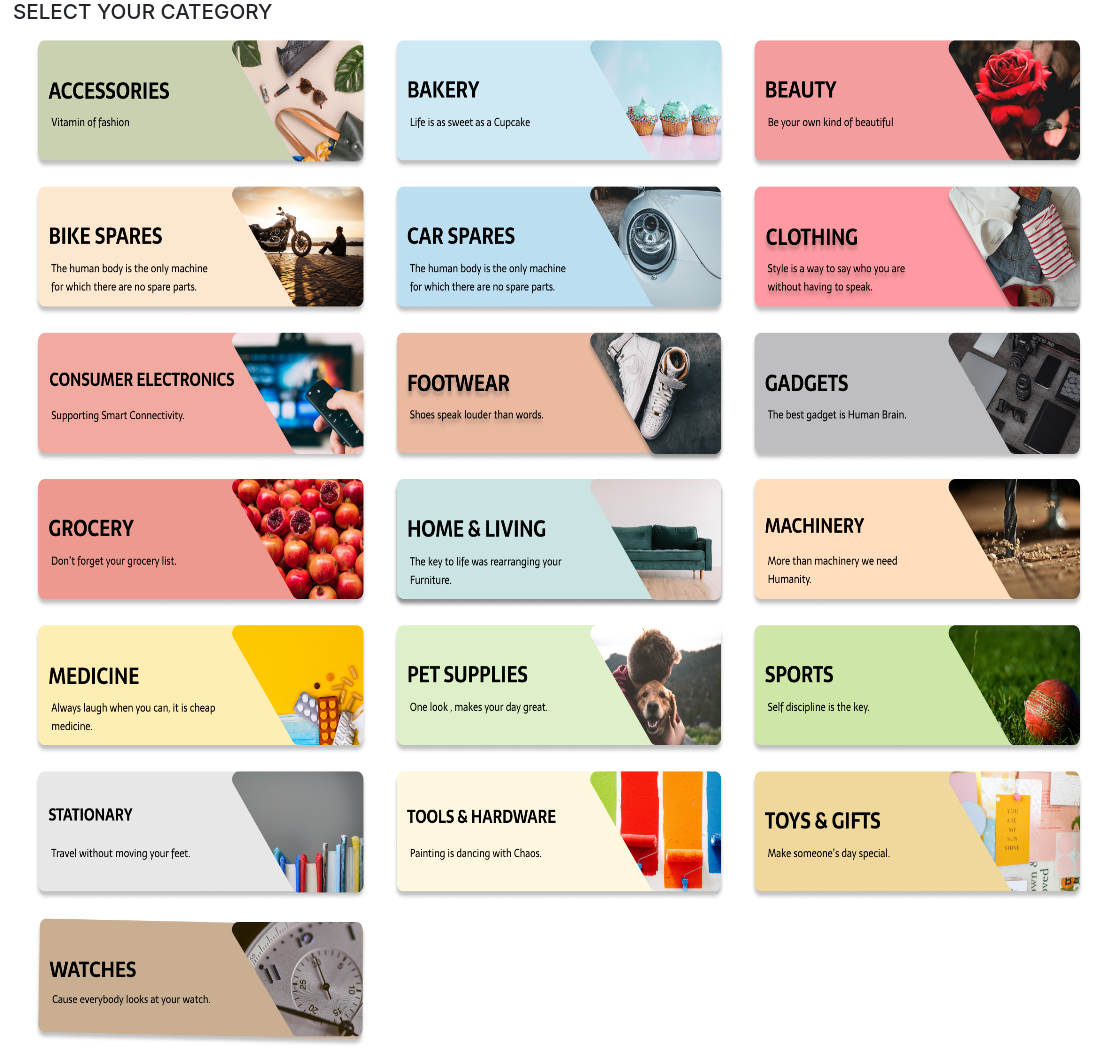
Repository: simranbhurat/WhiteLeaf
Page: frontend/category.html
The author's editor kept a copy of each file at every save. The page is drawn from the files as they stood at one save, then again after the next save.
The browser window is 1280 px wide. The pictures show the whole page, at 86% of full size.
Some web libraries are served in a nearby version.

Above is the page before, as saved 2020-07-24 23:09:15.

### frontend/category.html
<!doctype html>
<html lang="en">

<head>
    <!-- Required meta tags -->
    <meta charset="utf-8">
    <meta name="viewport" content="width=device-width, initial-scale=1">

    <!-- Bootstrap CSS -->
    <link rel="stylesheet" href="https://stackpath.bootstrapcdn.com/bootstrap/4.5.0/css/bootstrap.min.css"
        integrity="sha384-9aIt2nRpC12Uk9gS9baDl411NQApFmC26EwAOH8WgZl5MYYxFfc+NcPb1dKGj7Sk" crossorigin="anonymous">
    <link href="css/styles.css" rel="stylesheet" />

    <title>Category</title>
    <script>
        // Each image has a id, and that is set in the cookie
        function setCategory(id) {
            document.cookie = "category=" + id;
        }
    </script>

</head>

<body>

    <div class="container-fluid">
        <h4  style="text-align:center margin:20px">SELECT YOUR CATEGORY</h4>
        <form class="needs-validation" novalidate class="modal-content animate">
            <div class="container-fluid">

                <div class="row">
                    <div class="col-4" id="arrow">
                        <a href="new.html"><img src="images/accessories.png" class="img-rounded"
                                style="width:100%; height:150px; margin:10px ; object-fit: fill;" onclick="setCategory(this.id)"
                                id="accessories"></a>
                    </div>
                    <div class="col-4" id="arrow">
                        <a href="new.html"><img src="images/bakery.png" class="img-rounded"
                                style="width:100%; height:150px; margin:10px; object-fit: fill;" onclick="setCategory(this.id)"
                                id="bakery"></a>
                    </div>
                    <div class="col-4" id="arrow">
                        <a href="new.html"><img src="images/beauty.png" class="img-rounded"
                                style="width:100%; height:150px; margin:10px; object-fit: fill;" onclick="setCategory(this.id)"
                                id="beauty"></a>
                    </div>

                </div>
                <div class="row">
                    <div class="col-4" id="arrow">
                        <a href="new.html"><img src="images/bike_spares.png" class="img-rounded"
                                style="width:100%; height:150px; margin:10px; object-fit: fill;" onclick="setCategory(this.id)"
                                id="bike_spares"></a>
                    </div>
                    <div class="col-4" id="arrow">
                        <a href="new.html"><img src="images/car_spares.png" class="img-rounded"
                                style="width:100%; height:150px; margin:10px; object-fit: fill;" onclick="setCategory(this.id)"
                                id="car_spares"></a>
                    </div>
                    <div class="col-4" id="arrow">
                        <a href="new.html"><img src="images/clothing.png" class="img-rounded"
                                style="width:100%; height:150px; margin:10px; object-fit: fill;" onclick="setCategory(this.id)"
                                id="clothing"></a>
                    </div>
                </div>



                <div class="row">


                    <div class="col-4" id="arrow">
                        <a href="new.html"><img src="images/consumer_electronics.png" class="img-rounded"
                                style="width:100%; height:150px; margin:10px; object-fit: fill;" onclick="setCategory(this.id)"
                                id="consumer_electronics"></a>
                    </div>
                    <div class="col-4" id="arrow">
                        <a href="new.html"><img src="images/footwear.png" class="img-rounded"
                                style="width:100%; height:150px; margin:10px; object-fit: fill;" onclick="setCategory(this.id)"
                                id="footwear"></a>
                    </div>
                    <div class="col-4" id="arrow">
                        <a href="new.html"><img src="images/gadgets.png" class="img-rounded"
                                style="width:100%; height:150px; margin:10px; object-fit: fill;" onclick="setCategory(this.id)"
                                id="gadgets"></a>
                    </div>

                </div>



                <div class="row">


                    <div class="col-4" id="arrow">
                        <a href="new.html"><img src="images/grocery.png" class="img-rounded"
                                style="width:100%; height:150px; margin:10px; object-fit: fill;" onclick="setCategory(this.id)"
                                id="grocery"></a>
                    </div>

                    <div class="col-4" id="arrow">
                        <a href="new.html"><img src="images/home_and_living.png" class="img-rounded"
                                style="width:100%; height:150px; margin:10px; object-fit: fill;" onclick="setCategory(this.id)"
                                id="home_and_living"></a>
                    </div>
                    <div class="col-4" id="arrow">
                        <a href="new.html"><img src="images/machinery.png" class="img-rounded"
                                style="width:100%; height:150px; margin:10px; object-fit: fill;" onclick="setCategory(this.id)"
                                id="machinery"></a>
                    </div>

                </div>

                <div class="row">
                    <div class="col-4" id="arrow">
                        <a href="new.html"><img src="images/medicine.PNG" class="img-rounded"
                                style="width:100%; height:150px; margin:10px; object-fit: fill;" onclick="setCategory(this.id)"
                                id="medicine"></a>
                    </div>
                    <div class="col-4" id="arrow">
                        <a href="new.html"><img src="images/pet_supplies.png" class="img-rounded"
                                style="width:100%; height:150px; margin:10px; object-fit: fill;" onclick="setCategory(this.id)"
                                id="pet_supplies"></a>
                    </div>
                    <div class="col-4" id="arrow">
                        <a href="new.html"><img src="images/sports.png" class="img-rounded"
                                style="width:100%; height:150px; margin:10px; object-fit: fill;" onclick="setCategory(this.id)"
                                id="sports"></a>
                    </div>


                </div>

                <div class="row">
                    <div class="col-4" id="arrow">
                        <a href="new.html"><img src="images/stationary.png" class="img-rounded"
                                style="width:100%; height:150px; margin:10px; object-fit: fill;" onclick="setCategory(this.id)"
                                id="stationary"></a>
                    </div>
                    <div class="col-4" id="arrow">
                        <a href="new.html"><img src="images/tools_and_hardware.png" class="img-rounded"
                                style="width:100%; height:150px; margin:10px; object-fit: fill;" onclick="setCategory(this.id)"
                                id="tools_and_hardware"></a>
                    </div>
                    <div class="col-4" id="arrow">
                        <a href="new.html"><img src="images/toys_and_gifts.png" class="img-rounded"
                                style="width:100%; height:150px; margin:10px; object-fit: fill;" onclick="setCategory(this.id)"
                                id="toys_and_gifts"></a>

                    </div>

                    <div class="row">

                    </div>
                    <div class="col-4" id="arrow">
                        <a href="new.html"><img src="images/watches.png" class="img-rounded"
                                style="width:100%; height:150px; margin:10px; object-fit: fill;" onclick="setCategory(this.id)"
                                id="watches"></a>
                    </div>

                </div>


            </div>

        </form>
    </div>


    <!-- Optional JavaScript -->
    <!-- jQuery first, then Popper.js, then Bootstrap JS -->
    <script src="https://code.jquery.com/jquery-4.5.1.slim.min.js"
        integrity="sha384-DfXdz2htPH0lsSSs5nCTpuj/zy4C+OGpamoFVy38MVBnE+IbbVYUew+OrCXaRkfj"
        crossorigin="anonymous"></script>
    <script src="https://cdn.jsdelivr.net/npm/popper.js@1.16.0/dist/umd/popper.min.js"
        integrity="sha384-Q6E9RHvbIyZFJoft+2mJbHaEWldlvI9IOYy5n3zV9zzTtmI3UksdQRVvoxMfooAo"
        crossorigin="anonymous"></script>
    <script src="https://ajax.googleapis.com/ajax/libs/jquery/4.5.1/jquery.min.js"></script>
    <script src="https://maxcdn.bootstrapcdn.com/bootstrap/4.4.1/js/bootstrap.min.js"></script>
    <script src="https://stackpath.bootstrapcdn.com/bootstrap/4.5.0/js/bootstrap.min.js"
        integrity="sha384-OgVRvuATP1z7JjHLkuOU7Xw704+h835Lr+6QL9UvYjZE3Ipu6Tp75j7Bh/kR0JKI"
        crossorigin="anonymous"></script>
</body>

</html>

Loaded but not shown: frontend/css/styles.css (library)

After the next save:
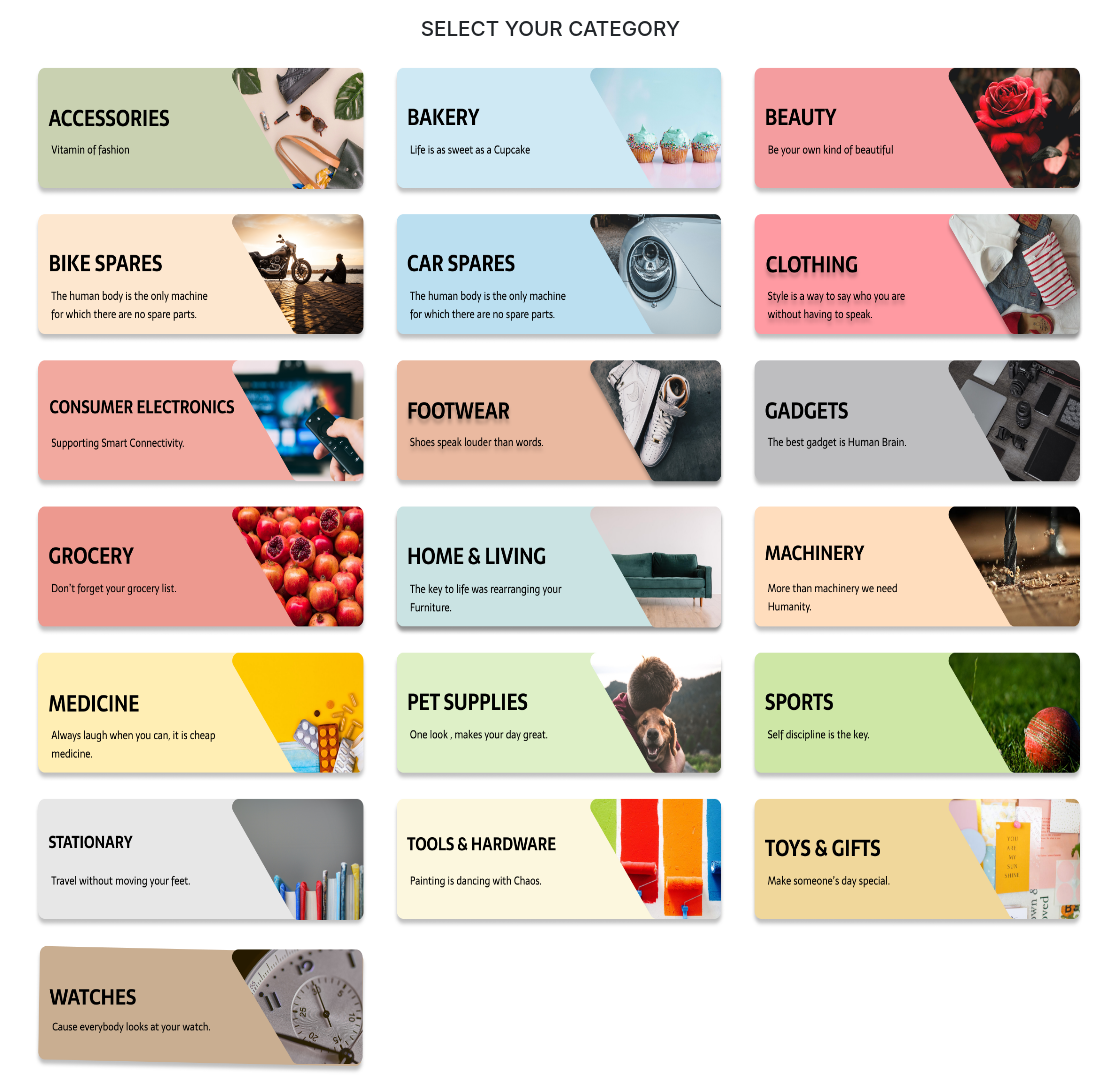
Saved 8 s later.
--- a/frontend/category.html
+++ b/frontend/category.html
@@ -24,7 +24,7 @@
 <body>
 
     <div class="container-fluid">
-        <h4  style="text-align:center margin:20px">SELECT YOUR CATEGORY</h4>
+        <h4  style="text-align:center; margin:20px">SELECT YOUR CATEGORY</h4>
         <form class="needs-validation" novalidate class="modal-content animate">
             <div class="container-fluid">
 
